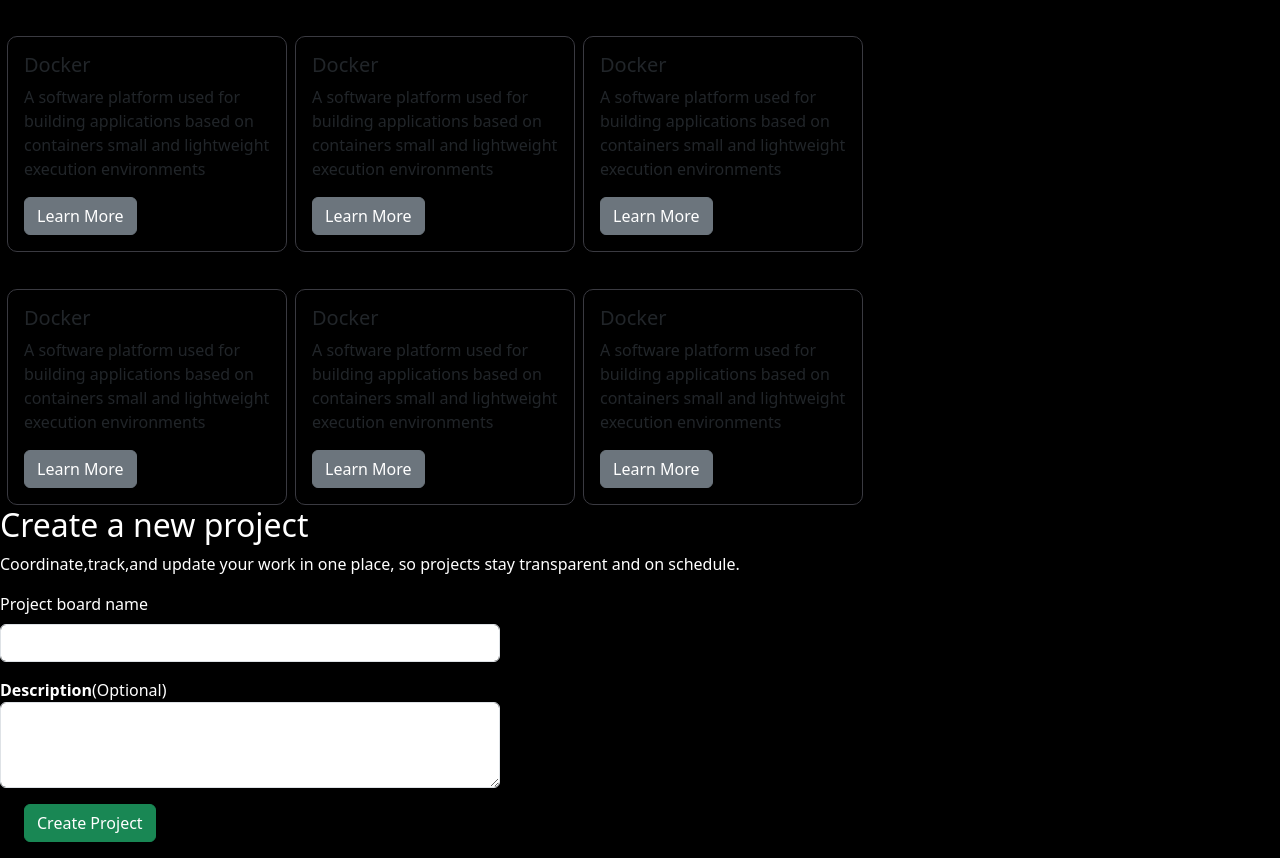
Repository: NSS-Evening-25-Cohort/e25-gitsub-control-alt-defeat
Page: index.html
These files come from the project's save history. The page is drawn as it stood at one moment and after the next save; the edit follows.
The browser window is 1280 px wide. The pictures show the whole page.

Above is the page before, as saved 2023-11-07 19:24:35.

After the next save:
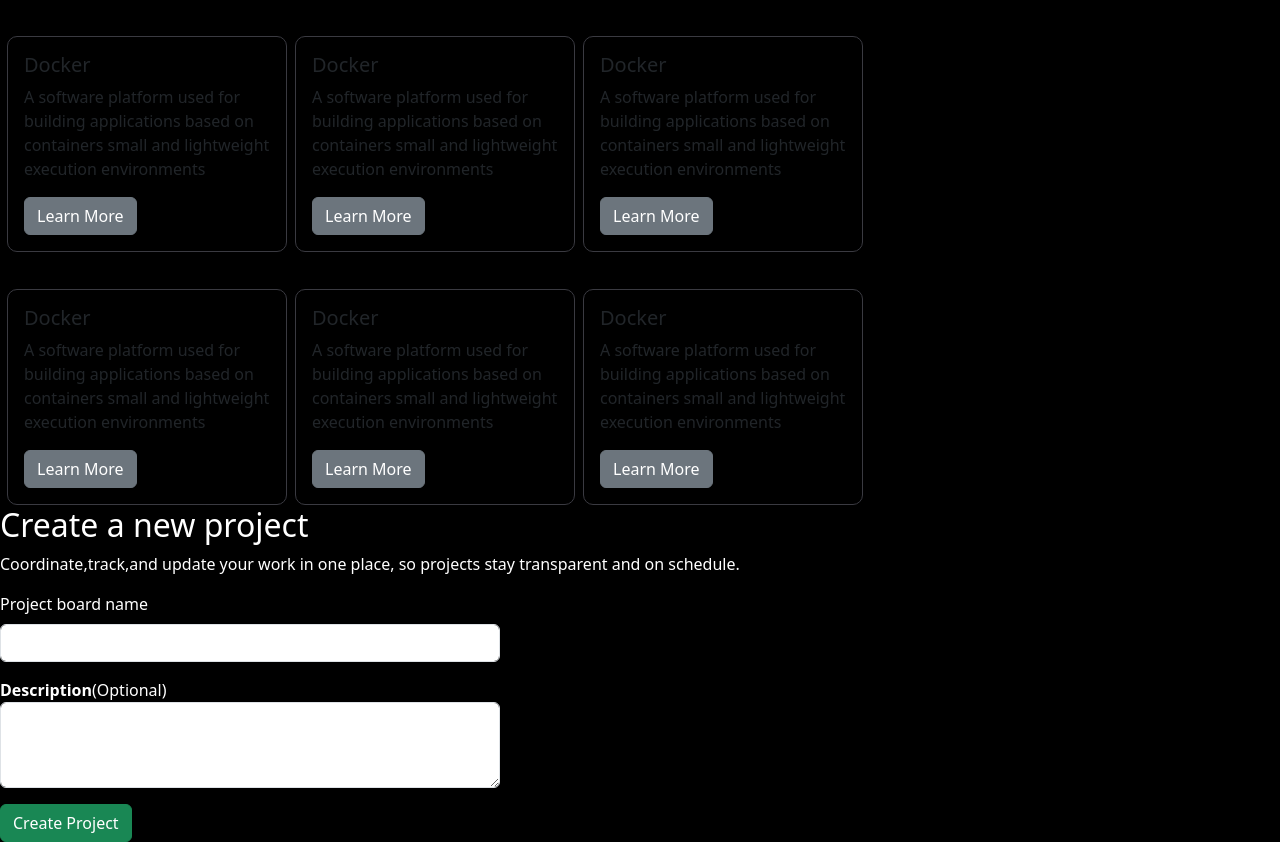
Saved 1 s later.
--- a/index.html
+++ b/index.html
@@ -28,10 +28,9 @@
         <textarea class="form-control" id="projectDescription" rows="3"></textarea>
       </div>
       </div>
-      <div class="mb-3 form-check">
+      <button type="submit" class="btn btn-success">Create Project</button>
+    </form>
 
-    </form>
-     <button type="submit" class="btn btn-success">Create Project</button>
     <script src="main.js"></script>
 
   </body>
